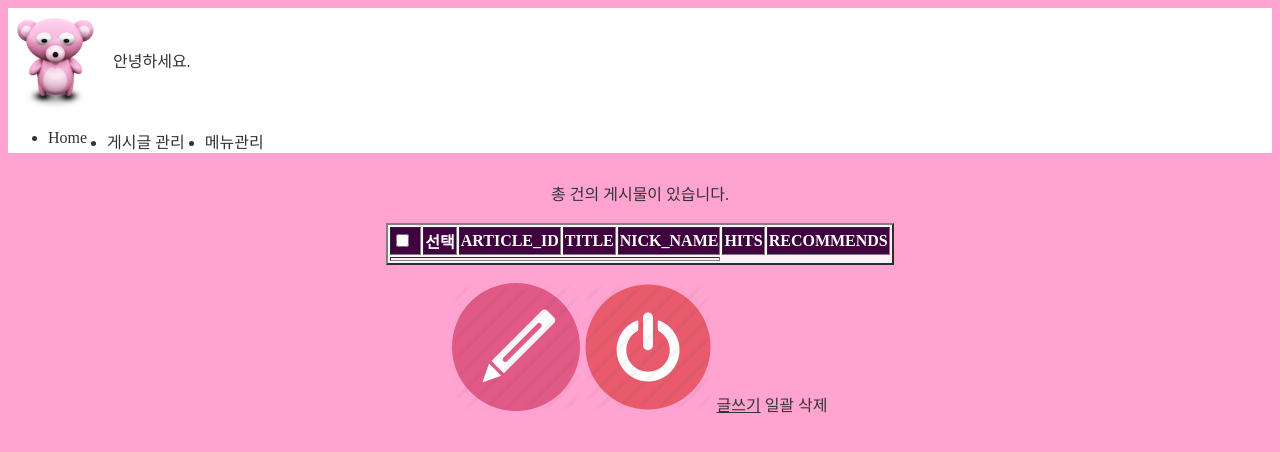
Repository: BaekJiGyeong/JSP_web
Page: http://localhost/Article-admin/WEB-INF/view/article/list.jsp
These files come from the project's save history. The page is drawn as it stood at one moment and after the next save; the edit follows.
The browser window is 1280 px wide. The pictures show the whole page.
The page is served by Tomcat 9. Nobody is signed in. The template is opened directly, without the code that normally fills it, so the values that code supplies are empty.

Above is the page before, as saved 2016-03-15 06:33:08.

After the next save:
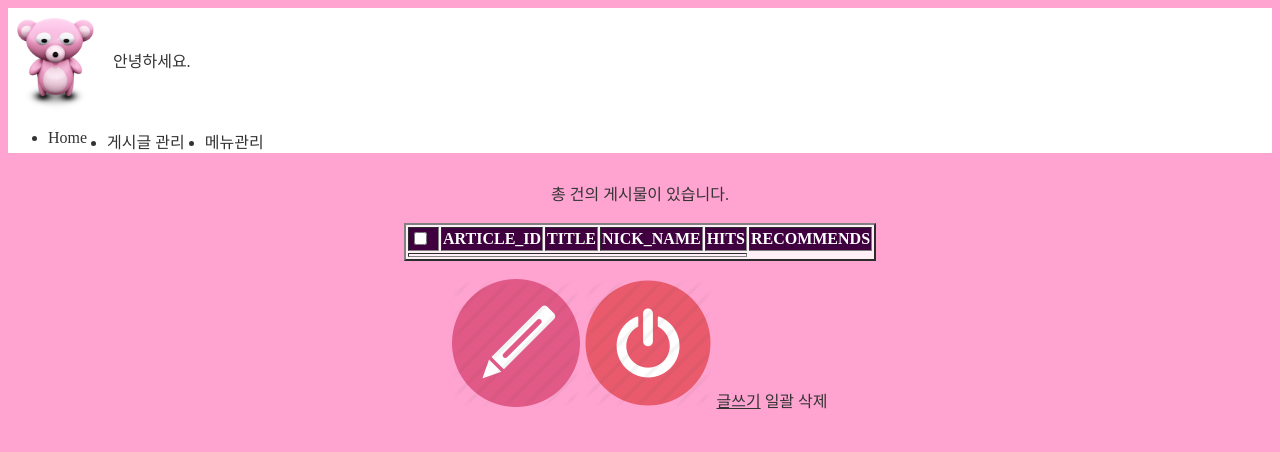
Saved 3 min 57 s later.
--- a/Article-admin/WebContent/WEB-INF/view/article/list.jsp
+++ b/Article-admin/WebContent/WEB-INF/view/article/list.jsp
@@ -51,7 +51,6 @@
 <table border="2">
 	<tr>
 		<th><input type="checkbox" id="massiveSelectCheckBox"/></th>
-		<th>선택</th>
 		<th>ARTICLE_ID</th>
 		<th>TITLE</th>
 		<th>NICK_NAME</th>
